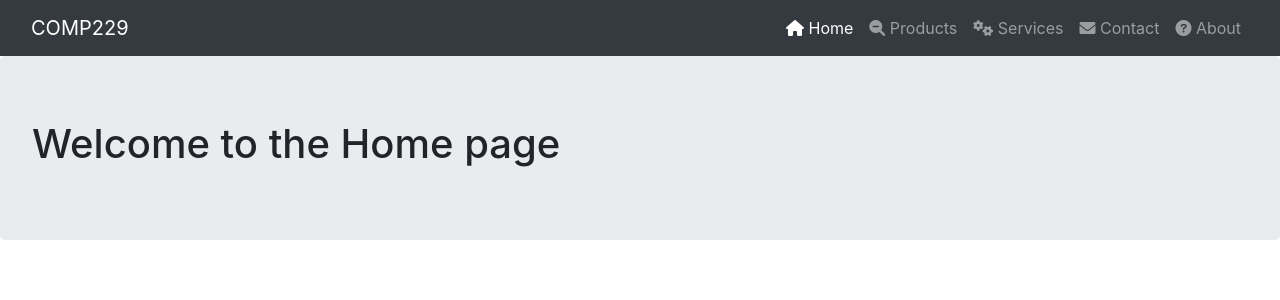
Repository: arsh16/week3_demo2
Page: http://localhost/
An editor plug-in stored every save of this project. The page is shown before and after the next save, followed by the edit.
The browser window is 1280 px wide. The pictures show the whole page.
Some web libraries are served in a nearby version. The page is served by the project's Node server (server.js).

Above is the page before, as saved 2021-09-30 11:49:03.

After the next save:
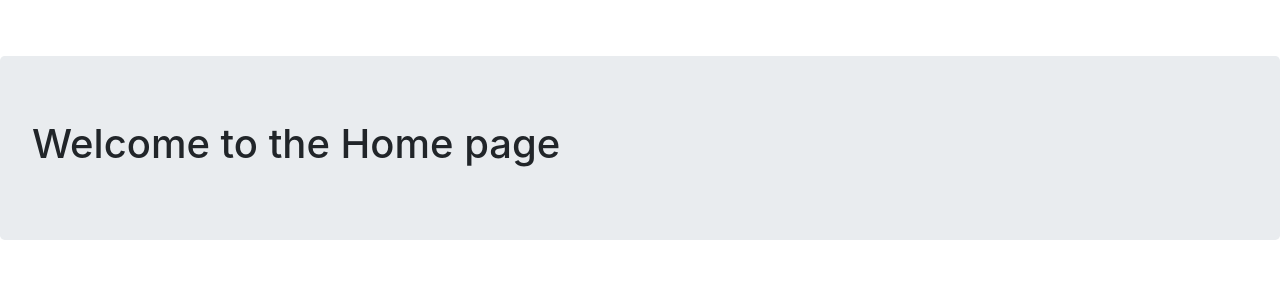
Saved 7 s later.
--- a/views/index.ejs
+++ b/views/index.ejs
@@ -24,7 +24,7 @@
 <body>
 
   <!--main nav-->
-  <nav class="navbar navbar-expand-lg navbar-dark bg-dark" style="color: aliceblue;">
+  <nav class="navbar navbar-expand-lg navbar-dark bg-black" style="color: aliceblue;">
     <div class="container-fluid">
       <a class="navbar-brand" href="/home">COMP229</a>
       <button class="navbar-toggler" type="button" data-bs-toggle="collapse" data-bs-target="#navbarSupportedContent" aria-controls="navbarSupportedContent" aria-expanded="false" aria-label="Toggle navigation">

After the 4 saves that followed:
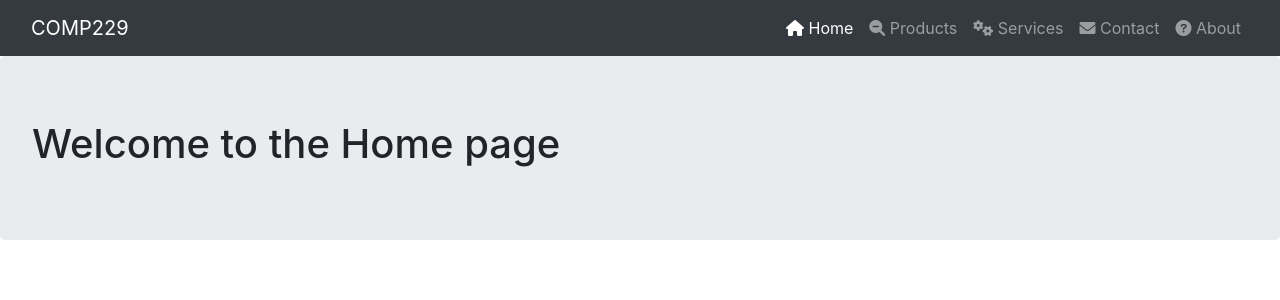
The 4 saves are shown as one change because 2 left the picture as it was and some came seconds apart.
The last was saved 37 s later.
--- a/views/index.ejs
+++ b/views/index.ejs
@@ -24,7 +24,7 @@
 <body>
 
   <!--main nav-->
-  <nav class="navbar navbar-expand-lg navbar-dark bg-black" style="color: aliceblue;">
+  <nav class="navbar navbar-expand-lg navbar-dark bg-dark">
     <div class="container-fluid">
       <a class="navbar-brand" href="/home">COMP229</a>
       <button class="navbar-toggler" type="button" data-bs-toggle="collapse" data-bs-target="#navbarSupportedContent" aria-controls="navbarSupportedContent" aria-expanded="false" aria-label="Toggle navigation">
